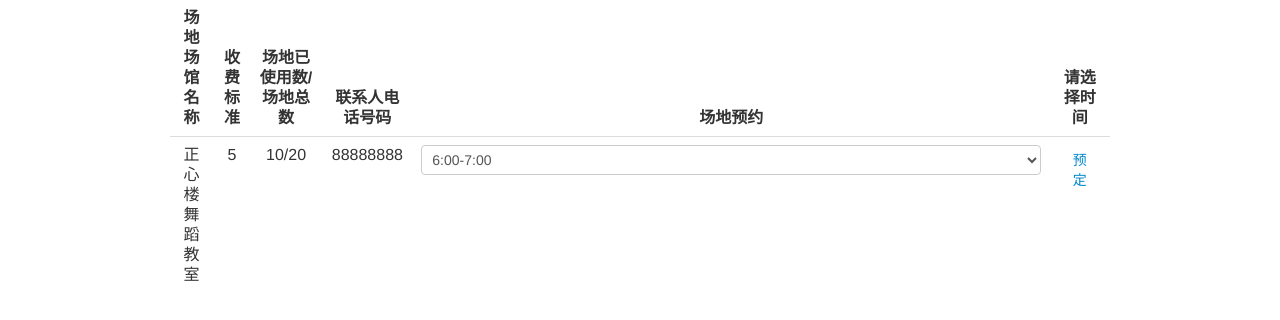
Repository: hitDeveloper/fitness
Page: http://localhost/project/book.jsp
These files come from the project's save history. The page is drawn as it stood at one moment and after the next save; the edit follows.
The browser window is 1280 px wide. The pictures show the whole page.
The page is served by Tomcat 9. Nobody is signed in. The application's start-up code is not run. Other server files are loaded and not shown.

Above is the page before, as saved 2014-11-15 10:23:04.
Not found: Project3/project/project/bootstrap-theme.min.css

### Project3/project/WebRoot/book.jsp
<%@ page language="java" import="java.util.*" pageEncoding="UTF-8"%>
<head>
<title>健身网</title>
   <link href="bootstrap.min.css" rel="stylesheet">
   <link href="bootstrap-theme.min.css" rel="stylesheet">
</head>

<body>
<div class="container">

<table class="table">
   <thead>
      <tr>
         <th><div align="center">场地场馆名称</div></th>
         <th><div align="center">收费标准</div></th>
         <th><div align="center">场地已使用数/场地总数</div></th>
		 <th><div align="center">联系人电话号码</div></th>
         <th><div align="center">场地预约</div></th>
		  <th><div align="center">请选择时间</div></th>
      </tr>
   </thead>
   <tbody>
	  <tr class="active">
         <td><div align="center">正心楼舞蹈教室</div></td>
        <td><div align="center">5</div></td>
		<td><div align="center">10/20</div></td>
		   <td><div align="center">88888888</div></td>
		   <td><div align="center"><select class="span8" name="book time">
<option value="6:00-7:00">6:00-7:00</option>
<option value="7:00-8:00">7:00-8:00</option>
<option value="8:00-9:00">8:00-9:00</option>
<option value="9:00-10:00">9:00-10:00</option>
<option value="10:00-11:00">10:00-11:00</option>
<option value="11:00-12:00">11:00-12:00</option>
<option value="12:00-13:00">12:00-13:00</option>
<option value="13:00-14:00">13:00-14:00</option>
<option value="14:00-15:00">14:00-15:00</option>
<option value="15:00-16:00">15:00-16:00</option>
<option value="16:00-17:00">16:00-17:00</option>
<option value="17:00-18:00">17:00-18:00</option>
<option value="18:00-19:00">18:00-19:00</option>
<option value="19:00-20:00">19:00-20:00</option>
<option value="20:00-21:00">20:00-21:00</option>
<option value="21:00-22:00">21:00-22:00</option>

</select></div></td>
		    <td><div align="center"><button type="button" class="btn btn-link">预定</button></div></td>
      </tr>
   </tbody>
</table>
</div>


</body>
</html>

Loaded but not shown: Project3/project/WebRoot/bootstrap.min.css (library); Project3/project/WebRoot/bootstrap-responsive.min.css (library)

After the next save:
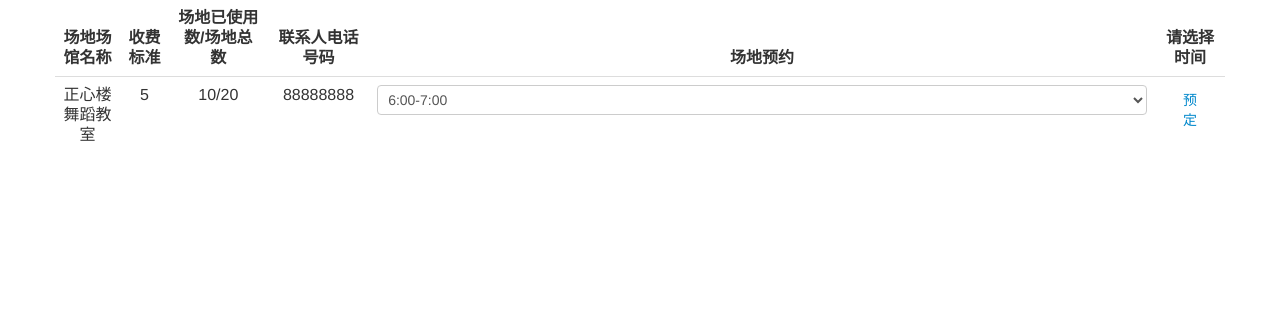
Saved 113 s later.
--- a/Project3/project/WebRoot/book.jsp
+++ b/Project3/project/WebRoot/book.jsp
@@ -1,8 +1,9 @@
 <%@ page language="java" import="java.util.*" pageEncoding="UTF-8"%>
 <head>
 <title>健身网</title>
-   <link href="bootstrap.min.css" rel="stylesheet">
-   <link href="bootstrap-theme.min.css" rel="stylesheet">
+   <meta name="viewport" content="width=device-width, initial-scale=1.0">
+	<link href="bootstrap.min.css" rel="stylesheet" type="text/css" media="screen">
+	<link href="bootstrap-responsive.min.css" rel="stylesheet" type="text/css">
 </head>
 
 <body>
